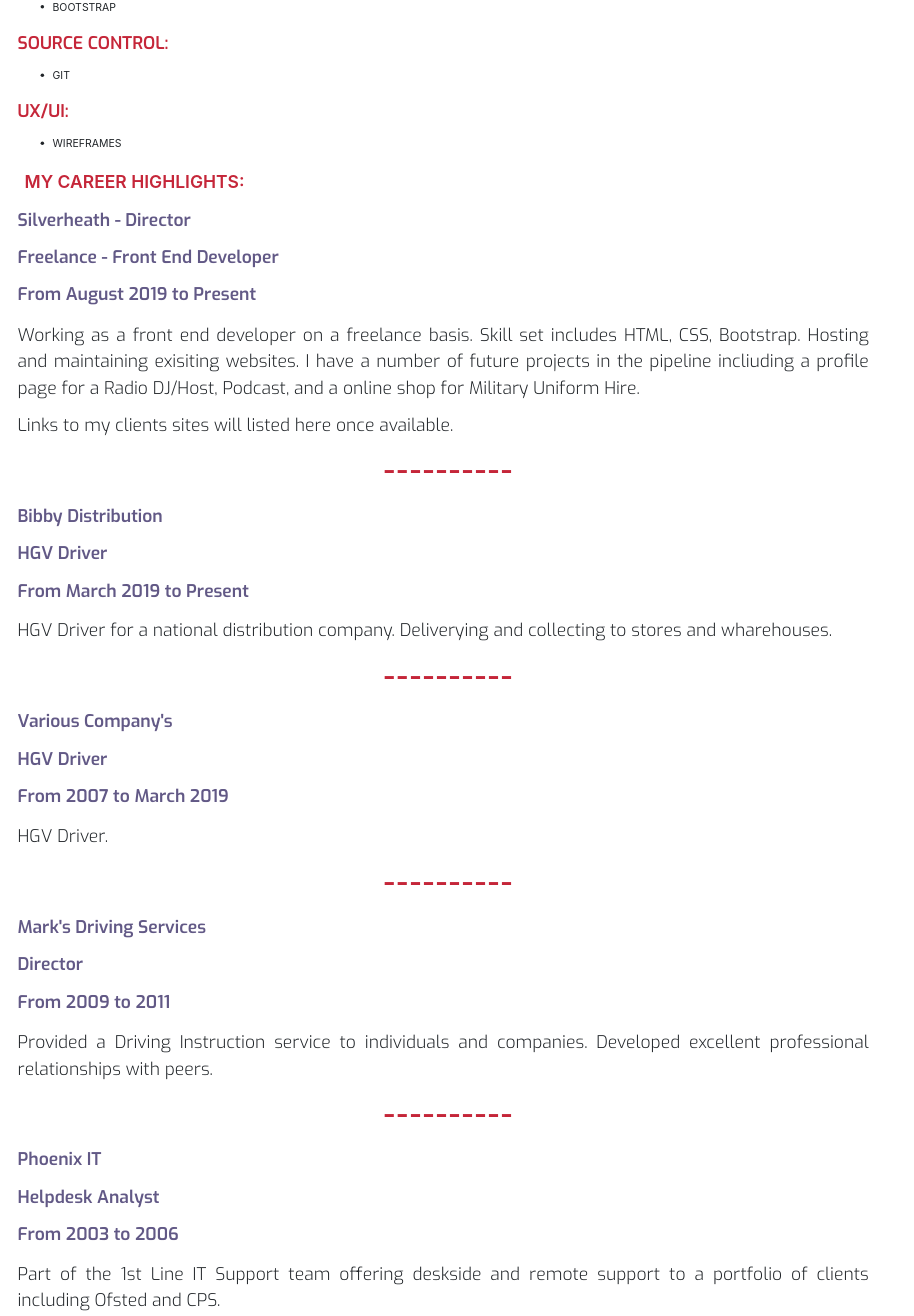
Repository: Code-Institute-Submissions/silverheath
Page: resume.html
The author's editor kept a record of every edit. The page is drawn from the files as they stood at one moment, then again after the next edit.
The browser window is 1280 px wide. The page is 1305 px wide, so the pictures cover 1305 px, including what lies to the right of the window. The pictures show the part of the page from y = 573 to 2453 px (the page is 2933 px tall before and 3009 px after), at 70% of full size.
Some web libraries are served in a nearby version.

Above is the page before.

After the next edit:
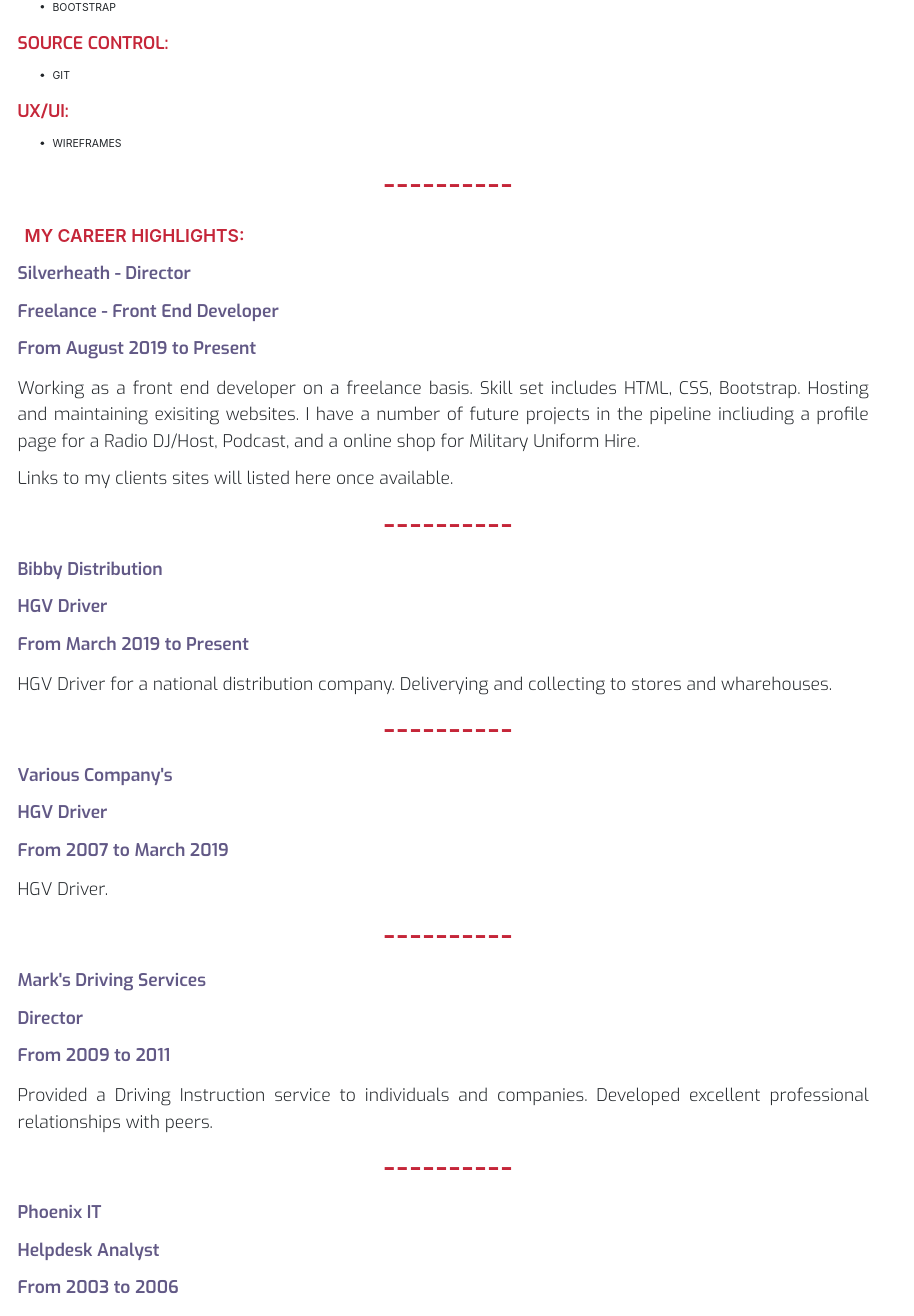
The edit:
--- a/resume.html
+++ b/resume.html
@@ -81,6 +81,9 @@
             </div>
         </div>
     </div>
+    <div class=resume-spacer>
+        <p>----------</p>
+    </div>
     <div class="resume-one uppercase">
         <p>My career highlights:</p>
         <p> </p>
